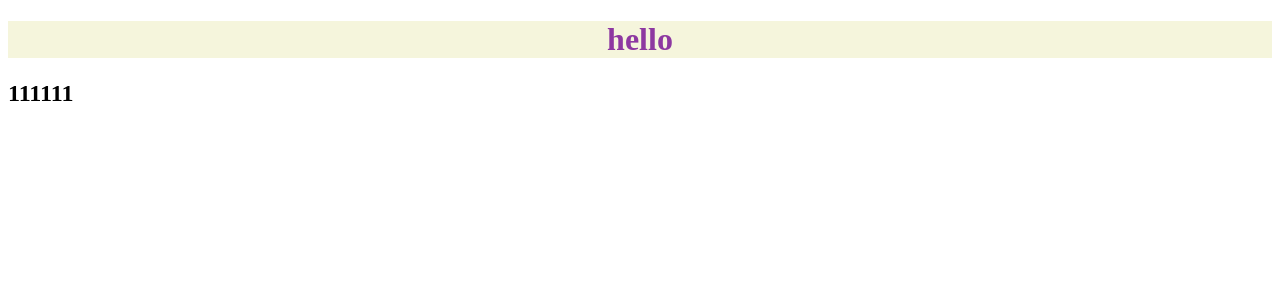
Repository: Jutta197/frontend726
Page: css_ex/color/index.html
An editor plug-in stored every save of this project. The page is shown before and after the next save, followed by the edit.
The browser window is 1280 px wide. The pictures show the whole page.
Some web fonts or font styles are not loaded; a fallback is used.

Above is the page before, as saved 2023-07-28 13:11:51.

### css_ex/color/index.html
<!DOCTYPE html>
<html lang="en">

<head>
    <meta charset="UTF-8">
    <meta name="viewport" content="width=device-width, initial-scale=1.0">
    <title>Document</title>
    <link rel="stylesheet" href="style.css">
    <link rel="preconnect" href="https://fonts.googleapis.com">
    <link rel="preconnect" href="https://fonts.gstatic.com" crossorigin>
    <link href="https://fonts.googleapis.com/css2?family=Borel&display=swap" rel="stylesheet">
    <link rel="stylesheet"
        href="https://fonts.googleapis.com/css2?family=Material+Symbols+Outlined:opsz,wght,FILL,GRAD@20..48,100..700,0..1,-50..200" />

</head>

<body>
    <h1>hello</h1>
    <h2>111111</h2>


</body>

</html>

### css_ex/color/style.css
h1 {
    color: #0000FF;
    background-color: beige;
    text-align: center;
    /* font-family: Arial, Helvetica, sans-serif; */
    font-family: 'Borel', cursive;
    /* https://fonts.google.com/ */

}

h1 {
    color: rgb(141, 56, 161);
}

After the next save:
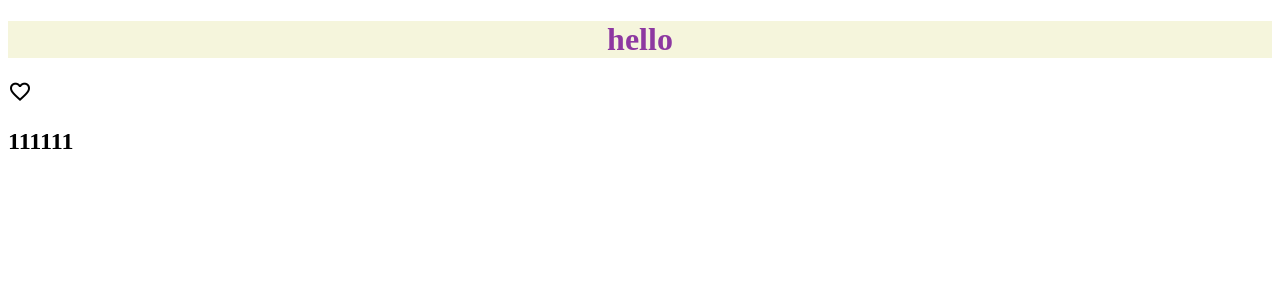
Saved 8 min 21 s later.
--- a/css_ex/color/index.html
+++ b/css_ex/color/index.html
@@ -10,12 +10,14 @@
     <link rel="preconnect" href="https://fonts.gstatic.com" crossorigin>
     <link href="https://fonts.googleapis.com/css2?family=Borel&display=swap" rel="stylesheet">
     <link rel="stylesheet"
-        href="https://fonts.googleapis.com/css2?family=Material+Symbols+Outlined:opsz,wght,FILL,GRAD@20..48,100..700,0..1,-50..200" />
-
+        href="https://fonts.googleapis.com/css2?family=Material+Symbols+Outlined:opsz,wght,FILL,GRAD@48,400,0,0" />
 </head>
 
 <body>
     <h1>hello</h1>
+    <span class="material-symbols-outlined">
+        favorite
+    </span>
     <h2>111111</h2>
 
 
